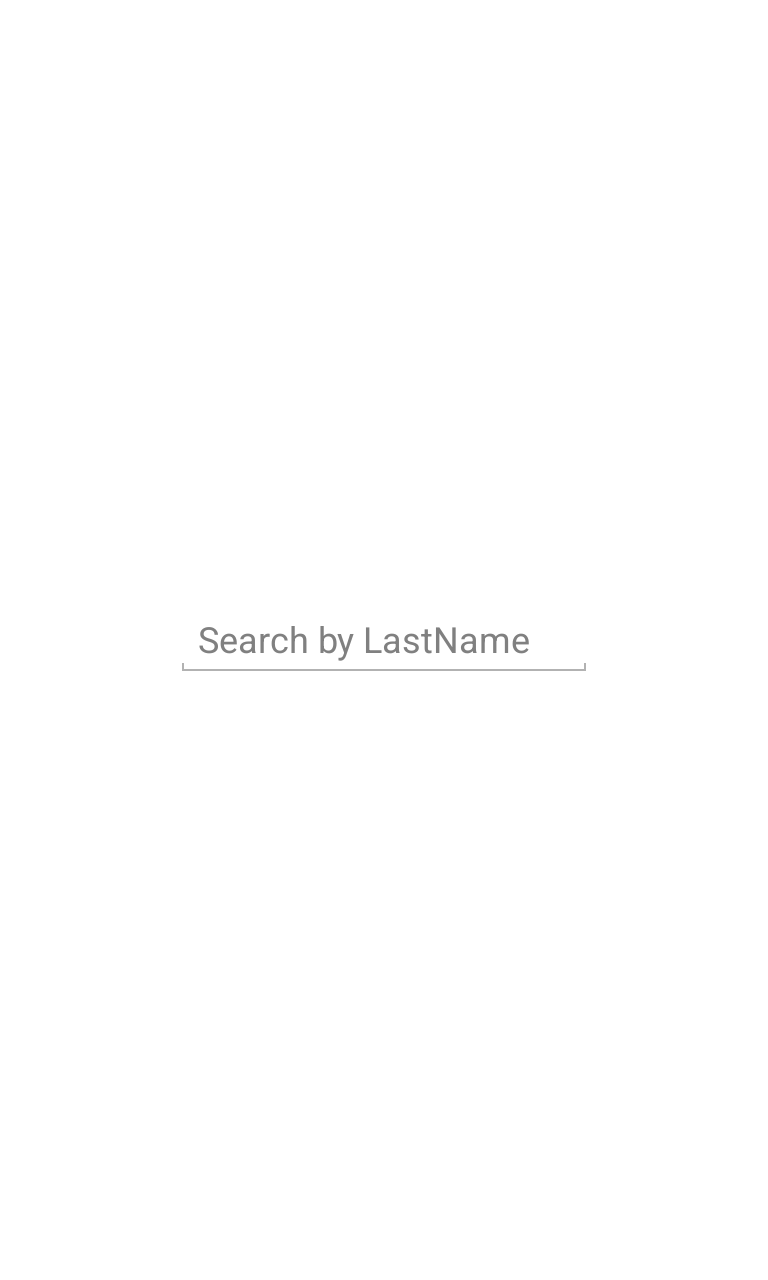
Repository: zyixc/ProjectChessV2
Layout: ChessMasters/res/layout/fragment_player_search_screen.xml
An editor plug-in stored every save of this project. The layout is shown before and after the next save, followed by the edit.
It is drawn on a 768 x 1280 px phone screen (xhdpi) without system bars, with theme AppTheme; the app's code is not run.

Above is the layout before, as saved 2014-06-25 13:26:15.

### ChessMasters/res/layout/fragment_player_search_screen.xml
<FrameLayout
    android:orientation="vertical"
    android:layout_width="fill_parent"
    android:layout_height="fill_parent"
    xmlns:android="http://schemas.android.com/apk/res/android">

    <EditText
        android:layout_width="wrap_content"
        android:layout_height="wrap_content"
        android:hint="@string/player_search_screen"
        android:id="@+id/FPSS_lastname_editText"
        android:ems="10"
        android:layout_gravity="center"
        android:inputType="textPersonName" />

    <Button
        android:text="@string/player_search_screen_search_button"
        android:id="@+id/FPSS_search_button"
        android:textColor="#ffffff"
        android:background="@drawable/btnborder"
        android:layout_gravity="center_horizontal|bottom" />

</FrameLayout>

### ChessMasters/res/values/styles.xml
<resources>

    <!-- Base application theme. -->
    <style name="AppTheme" parent="android:Theme.Holo.Light.DarkActionBar">
        <item name="android:layout_marginLeft">5dip</item>
        <item name="android:layout_marginRight">5dip</item>
        <item name="android:layout_marginTop">5dip</item>
        <item name="android:layout_marginBottom">5dip</item>
    </style>

</resources>

### ChessMasters/res/values/strings.xml
<?xml version="1.0" encoding="utf-8"?>
<resources>
    <!--Start screen-->
    <string name="app_name">Chess Master</string>
    <string name="action_settings">Settings</string>
    <string name="action_player_search_screen">PS</string>
    <string name="action_game_search_screen">GS</string>
    <string name="start_screen_player_search_button">Search Player</string>
    <string name="start_screen_game_search_button">Search Game</string>
    <string name="null_value">null</string>

    <!--compare screen -->
    <string name="compare_screen_result">Result:</string>
    <string name="compare_screen_result_white">White</string>
    <string name="compare_screen_result_black">Black</string>
    <string name="compare_screen_result_draw">Draw</string>
    <string name="compare_screen_rating">Rating:</string>
    <string name="compare_screen_rating_min">min</string>
    <string name="compare_screen_rating_max">max</string>
    <string name="compare_screen_rating_checkedbox_at_least_one">at least one</string>
    <string name="compare_screen_rating_checkedbox_both">both</string>
    <string name="compare_screen_search_button">Search</string>

    <!--game search screen -->
    <string name="game_search_screen_result">Result:</string>
    <string name="game_search_screen_result_white">White</string>
    <string name="game_search_screen_result_black">Black</string>
    <string name="game_search_screen_result_draw">Draw</string>
    <string name="game_search_screen_rating">Rating:</string>
    <string name="game_search_screen_rating_min">min</string>
    <string name="game_search_screen_rating_max">max</string>
    <string name="game_search_screen_whiteopening">White opening</string>
    <string name="game_search_screen_whiteopening_1st">1st</string>
    <string name="game_search_screen_whiteopening_2nd">2nd</string>
    <string name="game_search_screen_whiteopening_3rd">3rd</string>
    <string name="game_search_screen_blackopening">Black opening</string>
    <string name="game_search_screen_blackopening_1st">1st</string>
    <string name="game_search_screen_blackopening_2nd">2nd</string>
    <string name="game_search_screen_blackopening_3rd">3rd</string>
    <string name="game_search_screen_eco">Eco:</string>
    <string name="game_search_screen_button_search">Search</string>

    <!--player search screen-->
    <string name="player_search_screen">Search by LastName</string>
    <string name="player_search_screen_search_button">Search</string>

    <!--player profile screen-->
    <string name="player_profile_screen_player_name">Name:</string>
    <string name="player_profile_screen_player_rating">Recent Rating:</string>
    <string name="player_profile_screen_player_number_of_game">#Games:</string>
    <string name="player_profile_screen_player_number_of_game_textView">23</string>
    <string name="player_profile_screen_player_white_opening">White opening pref.:</string>
    <string name="player_profile_screen_player_white_opening_symbol">#</string>
    <!--Game search Result List screen-->

    <!--Game Detail screen-->
    <string name="game_detail_screen_player_black">Black:</string>
    <string name="game_detail_screen_player_white">White:</string>
    <string name="game_detail_screen_compare_button">Compare</string>
    <string name="game_detail_screen_result">Result:</string>
</resources>

### ChessMasters/res/drawable-hdpi/btnborder.xml
<?xml version="1.0" encoding="utf-8"?>
<shape xmlns:android="http://schemas.android.com/apk/res/android" android:shape="rectangle">
  <corners android:radius="3dp" />
  <padding android:left="2dp" android:right="2dp" android:top="2dp" android:bottom="2dp"/>
  <solid android:color="#008080"/>
  <stroke android:width="1px" android:color="#ffffff" />
</shape>

After the next save:
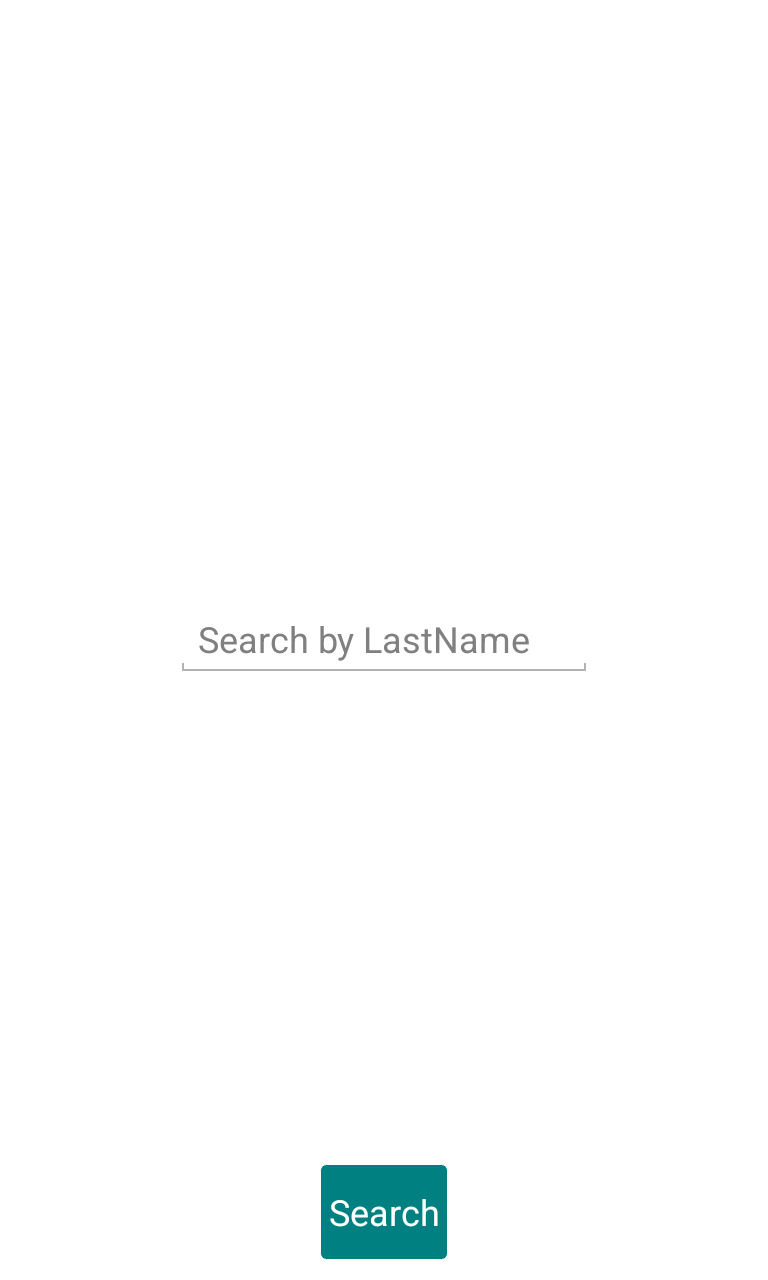
Saved 23 s later.
--- a/ChessMasters/res/layout/fragment_player_search_screen.xml
+++ b/ChessMasters/res/layout/fragment_player_search_screen.xml
@@ -14,6 +14,8 @@
         android:inputType="textPersonName" />
 
     <Button
+        android:layout_width="wrap_content"
+        android:layout_height="wrap_content"
         android:text="@string/player_search_screen_search_button"
         android:id="@+id/FPSS_search_button"
         android:textColor="#ffffff"
